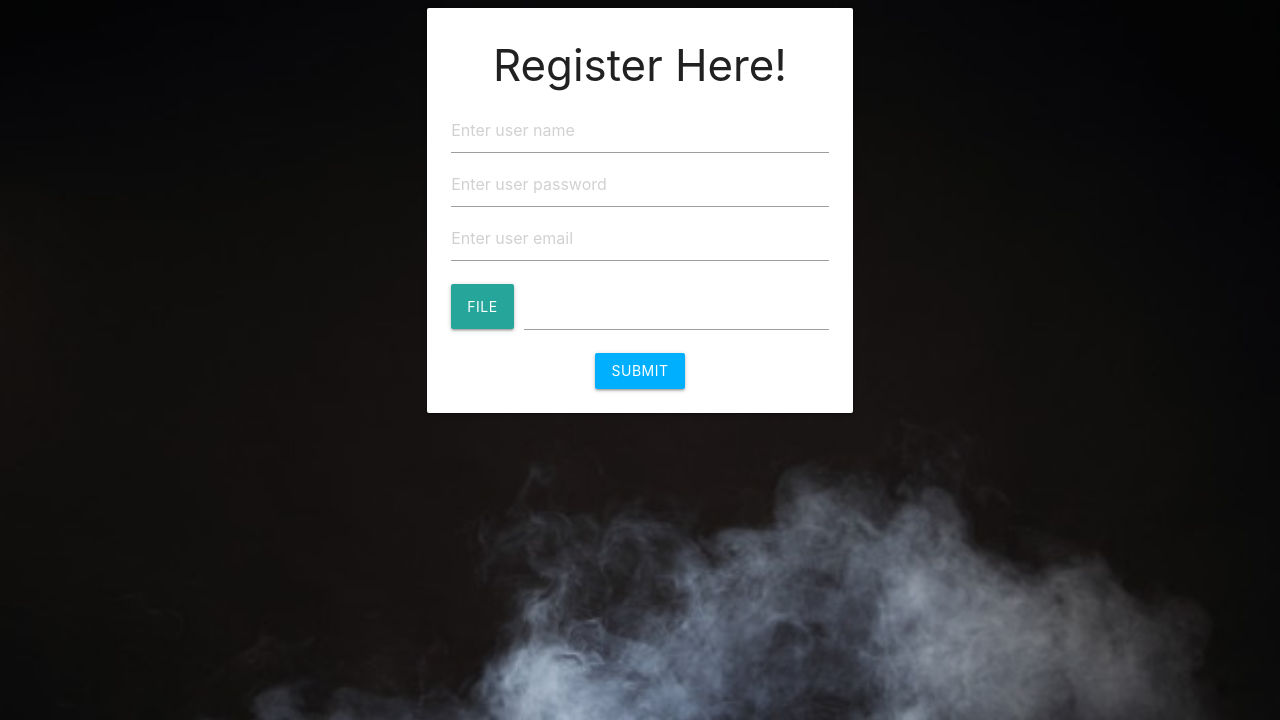
Repository: riddhiwho/Eclipse-Projects
Page: http://localhost/Register/signup.jsp
The author's editor kept a copy of each file at every save. The page is drawn from the files as they stood at one save, then again after the next save.
The browser window is 1280 px wide. The pictures show the whole page.
The page is served by Tomcat 9. Other server files are loaded and not shown.

Above is the page before, as saved 2021-06-06 16:35:35.

### Register/src/main/webapp/signup.jsp
<%@ page language="java" contentType="text/html; charset=UTF-8"
    pageEncoding="UTF-8"%>
<!DOCTYPE html>
<html>
<head>
<meta charset="UTF-8">
<title>JSP Page</title>

    <!-- Compiled and minified CSS -->
    <link rel="stylesheet" href="https://cdnjs.cloudflare.com/ajax/libs/materialize/1.0.0/css/materialize.min.css">

    <!-- Compiled and minified JavaScript -->
    <script src="https://cdnjs.cloudflare.com/ajax/libs/materialize/1.0.0/js/materialize.min.js"></script>

</head>
<body style="background: url(img/bg.jpg); background-size: cover; background-attachment: fixed;">
	<div class="container">
		<div class="row">
			<div class="col m6 offset-m3">
				<div class="card">
					<div class="card-content">
						<h3 style="margin-top: 10px;" class="center-align">Register Here!</h3>
						<h5 id="msg" class="center-align"></h5>

						<div class="form center-align">

							<form action="Register" method="post" id="myform">
								<input type="text" name="user_name" placeholder="Enter user name" />
								<input type="password" name="user_password" placeholder="Enter user password" />
								<input type="email" name="user_email" placeholder="Enter user email" />

								<div class="file-field input-field">
							      <div class="btn">
							        <span>File</span>
							        <input type="file">
							      </div>
							      <div class="file-path-wrapper">
							        <input class="file-path validate" type="text">
							      </div>
							    </div>

								<button type="submit" class="btn light-blue accent-3">Submit</button>

							</form>

						</div>

						<div class="loader center-align" style="margin-top: 10px; display: none;">


    <div class="preloader-wrapper big active">
      <div class="spinner-layer spinner-blue">
        <div class="circle-clipper left">
          <div class="circle"></div>
        </div><div class="gap-patch">
          <div class="circle"></div>
        </div><div class="circle-clipper right">
          <div class="circle"></div>
        </div>
      </div>

      <div class="spinner-layer spinner-red">
        <div class="circle-clipper left">
          <div class="circle"></div>
        </div><div class="gap-patch">
          <div class="circle"></div>
        </div><div class="circle-clipper right">
          <div class="circle"></div>
        </div>
      </div>

      <div class="spinner-layer spinner-yellow">
        <div class="circle-clipper left">
          <div class="circle"></div>
        </div><div class="gap-patch">
          <div class="circle"></div>
        </div><div class="circle-clipper right">
          <div class="circle"></div>
        </div>
      </div>

      <div class="spinner-layer spinner-green">
        <div class="circle-clipper left">
          <div class="circle"></div>
        </div><div class="gap-patch">
          <div class="circle"></div>
        </div><div class="circle-clipper right">
          <div class="circle"></div>
        </div>
      </div>
    </div>

						<h5>Please wait...</h5>

						</div>
					</div>
				</div>
			</div>
		</div>
	</div>

	<script
  src="https://code.jquery.com/jquery-3.6.0.min.js"
  integrity="sha256-/xUj+3OJU5yExlq6GSYGSHk7tPXikynS7ogEvDej/m4="
  crossorigin="anonymous"></script>

  <script>
  	$(document).ready(function(){
  		// console.log("page is ready..")

  		$("#myform").on('submit',function(event){
  			event.preventDefault();

  			var f =$(this).serialize();
  			console.log(f);

  			$(".loader").show();
  			$(".form").hide();

  			$.ajax({
  				url: "Register",
  				data: f,
  				type: 'POST',
  				success: function(data, textStatus, jqXHR) {
  					console.log(data);
  					console.log("success....")

  					$(".loader").hide();
  		  			$(".form").show();

  		  			if (data.trim() === 'done'){
  		  				$('#msg').html("Successfully Registered!")
  		  				$('#msg').addClass('green-text')
  		  			}
  		  			else{
  		  				$('#msg').html("Something went wrong!")
  		  				$('#msg').addClass('red-text')
  		  			}


  				},
  				error: function(jqXHR, textStatus, errorThrown) {
  					console.log(data);
  					console.log("error....")

  					$(".loader").hide();
  		  			$(".form").show();
  		  			$('#msg').html("Something went wrong!")
  		  			$('#msg').addClass('red-text')

  				}
  			})

  		})

  	})
  </script>

</body>
</html>

After the next save:
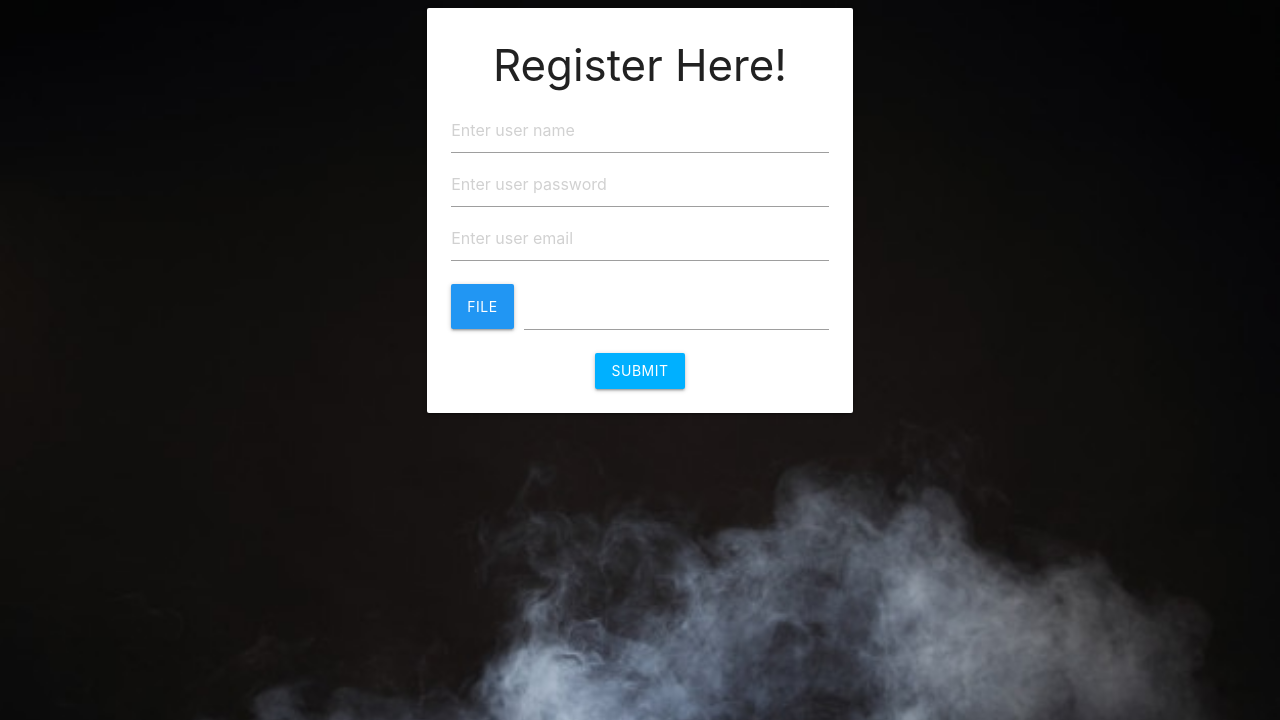
Saved 5 min 12 s later.
--- a/Register/src/main/webapp/signup.jsp
+++ b/Register/src/main/webapp/signup.jsp
@@ -30,9 +30,9 @@
 								<input type="email" name="user_email" placeholder="Enter user email" />
 
 								<div class="file-field input-field">
-							      <div class="btn">
+							      <div class="btn blue">
 							        <span>File</span>
-							        <input type="file">
+							        <input name="image" type="file">
 							      </div>
 							      <div class="file-path-wrapper">
 							        <input class="file-path validate" type="text">
@@ -111,7 +111,10 @@
   		$("#myform").on('submit',function(event){
   			event.preventDefault();
 
-  			var f =$(this).serialize();
+  			//var f =$(this).serialize();
+
+  			let f = new FormData(this);
+
   			console.log(f);
 
   			$(".loader").show();
@@ -148,7 +151,9 @@
   		  			$('#msg').html("Something went wrong!")
   		  			$('#msg').addClass('red-text')
 
-  				}
+  				},
+  				processData: false,
+  				contentType: false
   			})
 
   		})
